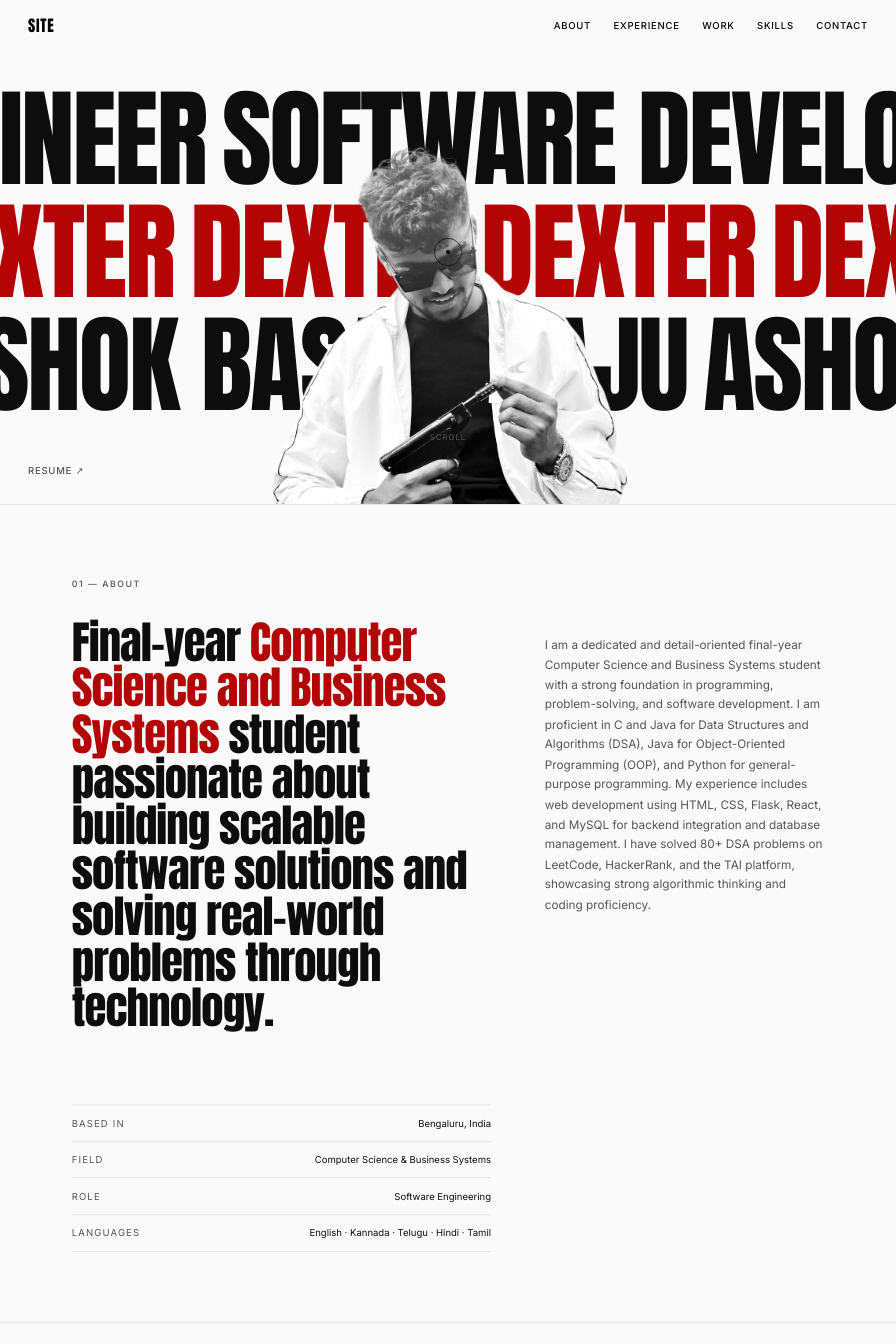
Repository: Ashok-B24/Dexter-portfolio
Page: /
An editor plug-in stored every save of this project. The page is shown before and after the next save, followed by the edit.
The browser window is 1280 px wide. The pictures show the part of the page from y = 0 to 1920 px (the page is 4445 px tall), at 70% of full size.
The project was rebuilt for these pictures with package versions that can differ from the ones it lists, and the page was loaded fresh each time. Also part of the build but not shown: vite.config.js.

Above is the page before, as saved 2026-07-28 20:58:41.

### index.html
<!doctype html>
<html lang="en">
  <head>
    <meta charset="UTF-8" />
    <meta name="viewport" content="width=device-width, initial-scale=1.0" />
    <title>Portfolio</title>
    <link rel="preconnect" href="https://fonts.googleapis.com">
    <link rel="preconnect" href="https://fonts.gstatic.com" crossorigin>
    <link href="https://fonts.googleapis.com/css2?family=Anton&family=Inter:wght@400;500&display=swap" rel="stylesheet">
  </head>
  <body>
    <div id="root"></div>
    <script type="module" src="/src/main.jsx"></script>
  </body>
</html>

### src/main.jsx
import ReactDOM from 'react-dom/client'
import App from './App'
import './App.css'

ReactDOM.createRoot(document.getElementById('root')).render(<App />)

### src/App.jsx
import { useEffect } from 'react'
import Lenis from '@studio-freight/lenis'
import Nav from './components/Nav'
import Hero from './components/Hero'
import About from './components/About'
import Experience from './components/Experience'
import Work from './components/Work'
import Capabilities from './components/Capabilities'
import Contact from './components/Contact'
import Cursor from './components/Cursor'

export default function App() {
  useEffect(() => {
    const lenis = new Lenis({ duration: 1.2, easing: t => Math.min(1, 1.001 - 2 ** (-10 * t)), smoothWheel: true })
    function raf(time) { lenis.raf(time); requestAnimationFrame(raf) }
    requestAnimationFrame(raf)

    window.__lenis = lenis

    return () => { lenis.destroy(); delete window.__lenis }
  }, [])

  return (
    <>
      <Nav />
      <main>
        <Hero />
        <About />
        <Experience />
        <Work />
        <Capabilities />
        <Contact />
      </main>
      <Cursor />
    </>
  )
}

### src/components/Nav.jsx
import { useEffect, useRef } from 'react'
import gsap from 'gsap'

export default function Nav() {
  const navRef = useRef(null)

  useEffect(() => {
    const nav = navRef.current
    if (!nav) return

    const tl = gsap.timeline({ paused: true })
    tl.to(nav, { y: '-100%', duration: 0.4, ease: 'power2.inOut' })

    let oldScroll = 0

    function onScroll() {
      const lenis = window.__lenis
      if (!lenis) return

      const thisScroll = lenis.scroll
      if (thisScroll > oldScroll && thisScroll > 60) {
        tl.timeScale(1.2).play()
      } else if (thisScroll < oldScroll) {
        tl.timeScale(1.5).reverse()
      }
      oldScroll = thisScroll
    }

    if (window.__lenis) {
      window.__lenis.on('scroll', onScroll)
    }

    return () => {
      tl.kill()
      if (window.__lenis) window.__lenis.off('scroll', onScroll)
    }
  }, [])

  return (
    <nav className="nav" ref={navRef}>
      <div className="nav__inner">
        <a className="nav__logo" href="#">SITE</a>
        <div className="nav__links">
          <a href="#about" data-cursor="View">About</a>
          <a href="#experience" data-cursor="View">Experience</a>
          <a href="#work" data-cursor="View">Work</a>
          <a href="#capabilities" data-cursor="View">Skills</a>
          <a href="#contact" data-cursor="View">Contact</a>
        </div>
      </div>
    </nav>
  )
}

### src/components/Hero.jsx
import { useEffect, useRef } from 'react'
import gsap from 'gsap'

const TRACKS = [
  { dir: 'left',  speed: 8,  text: 'Software Developer Engineer' },
  { dir: 'right', speed: 10, text: 'Dexter' },
  { dir: 'left',  speed: 6,  text: 'Ashok Basavaraju' },
]

export default function Hero() {
  const heroRef = useRef(null)

  useEffect(() => {
    const hero = heroRef.current
    if (!hero) return

    let ctx

    function start() {
      const inners = hero.querySelectorAll('.hero__track-inner')
      if (inners.length === 0) { setTimeout(start, 200); return }

      ctx = gsap.context(() => {
        inners.forEach(inner => {
          const spans = inner.querySelectorAll('span')
          if (spans.length < 2) return

          const w = spans[0].offsetWidth
          if (w === 0) return

          const right = inner.classList.contains('hero__track-inner--right')
          const s = parseFloat(inner.getAttribute('data-speed')) || 8

          gsap.fromTo(inner, { x: right ? -w : 0 }, { x: right ? 0 : -w, duration: s, ease: 'none', repeat: -1 })
        })
      }, hero)
    }

    const race = []
    if (document.fonts && document.fonts.ready) race.push(document.fonts.ready)
    race.push(new Promise(r => setTimeout(r, 1500)))
    Promise.race(race).then(start)

    return () => { if (ctx) ctx.revert() }
  }, [])

  return (
    <section className="hero" ref={heroRef}>
      <div className="hero__marquee">
        {TRACKS.map((track, i) => (
          <div className="hero__track" key={i}>
            <div
              className={`hero__track-inner hero__track-inner--${track.dir}`}
              data-speed={track.speed}
            >
              {[0, 1, 2, 3].map(n => <span key={n}>{track.text}</span>)}
            </div>
          </div>
        ))}
      </div>

      <div className="hero__portrait">
        <img src={`${import.meta.env.BASE_URL}photo.png`} alt="Raghu" />
      </div>

      <a className="hero__resume" href="#">Resume ↗</a>

      <div className="hero__scroll">
        <span>Scroll</span>
        <div className="hero__scroll-line" />
      </div>
    </section>
  )
}

### src/components/About.jsx
const FACTS = [
  ['Based in', 'Bengaluru, India'],
  ['Field', 'Computer Science & Business Systems'],
  ['Role', 'Software Engineering'],
  ['Languages', 'English · Kannada · Telugu · Hindi · Tamil'],
]

export default function About() {
  return (
    <section id="about" className="section about">
      <div className="section__head">
        <span className="section__label">01 — About</span>
      </div>

      <div className="about__grid">
        <h2 className="about__headline">
          Final-year <em>Computer Science and Business Systems</em> student
          passionate about building scalable software solutions and solving
          real-world problems through technology.
        </h2>

        <p className="about__body">
          I am a dedicated and detail-oriented final-year Computer Science and
          Business Systems student with a strong foundation in programming,
          problem-solving, and software development. I am proficient in C and
          Java for Data Structures and Algorithms (DSA), Java for
          Object-Oriented Programming (OOP), and Python for general-purpose
          programming. My experience includes web development using HTML, CSS,
          Flask, React, and MySQL for backend integration and database
          management. I have solved 80+ DSA problems on LeetCode, HackerRank,
          and the TAI platform, showcasing strong algorithmic thinking and
          coding proficiency.
        </p>

        <dl className="about__facts">
          {FACTS.map(([k, v]) => (
            <div className="about__fact" key={k}>
              <dt>{k}</dt>
              <dd>{v}</dd>
            </div>
          ))}
        </dl>
      </div>
    </section>
  )
}

### src/components/Experience.jsx
const ROLES = [
  {
    period: '2024 — PRESENT',
    title: 'Software Engineering Intern',
    org: 'Independent Projects & Freelance Work',
    desc: 'Building polished web experiences with React, Vite, and modern frontend tooling while focusing on thoughtful interaction design and performance.',
  },
  {
    period: '2023 — 2024',
    title: 'Student Developer',
    org: 'KSSEM',
    desc: 'Worked on campus-focused web solutions, strengthened problem-solving skills through DSA practice, and explored full-stack concepts through hands-on projects.',
  },
]

export default function Experience() {
  return (
    <section id="experience" className="section experience">
      <div className="section__head">
        <span className="section__label">02 — Experience</span>
      </div>

      <div className="experience__list">
        {ROLES.map((r, i) => (
          <article className="role" key={i}>
            <span className="role__period">{r.period}</span>

            <div className="role__main">
              <h3 className="role__title">{r.title}</h3>

              <span className="role__org">{r.org}</span>

              <p className="role__desc">{r.desc}</p>
            </div>
          </article>
        ))}
      </div>
    </section>
  )
}

### src/components/Work.jsx
const PROJECTS = [
  {
    title: 'KSSEM Service Portal',
    cat: 'Web App',
    desc: 'A campus service management system that simplifies the process of submitting, managing, and tracking service requests within KSSEM. It provides students, faculty, and staff with a user-friendly interface to raise requests, monitor their status, and receive timely updates.',
  },
]

export default function Work() {
  return (
    <section id="work" className="section work">
      <div className="section__head">
        <span className="section__label">03 — Selected Work</span>
      </div>

      <div className="work__list">
        {PROJECTS.map((p, i) => (
          <article className="project" key={i} data-cursor="View">
            <span className="project__index">
              {String(i + 1).padStart(2, '0')}
            </span>

            <div className="project__body">
              <h3 className="project__title">{p.title}</h3>
              <span className="project__cat">{p.cat}</span>
            </div>

            <p className="project__desc">{p.desc}</p>
          </article>
        ))}
      </div>
    </section>
  )
}

### src/components/Capabilities.jsx
const GROUPS = [
  {
    label: 'Programming Languages',
    items: [
      'Python',
      'Java',
      'C++',
      'JavaScript',
    ],
  },
  {
    label: 'Web Development',
    items: [
      'React',
      'Node.js',
      'HTML',
      'CSS',
      'Bootstrap',
    ],
  },
  {
    label: 'Core CS Concepts',
    items: [
      'Data Structures and Algorithms (C/Java)',
      'Object-Oriented Programming (Java)',
    ],
  },
]

export default function Capabilities() {
  return (
    <section id="capabilities" className="section capabilities">
      <div className="section__head">
        <span className="section__label">04 — Capabilities</span>
      </div>

      <div className="capabilities__grid">
        {GROUPS.map((g) => (
          <div className="cap-group" key={g.label}>
            <h3 className="cap-group__label">{g.label}</h3>

            <ul className="cap-group__items">
              {g.items.map((s) => (
                <li key={s}>{s}</li>
              ))}
            </ul>
          </div>
        ))}
      </div>
    </section>
  )
}

### src/components/Contact.jsx
export default function Contact() {
  return (
    <section id="contact" className="section contact">
      <div className="section__head">
        <span className="section__label">05 — Contact</span>
      </div>

      <h2 className="contact__headline">
        Let's build <em>something</em>
        <br />
        together →
      </h2>

      <div className="contact__rows">
        <a
          className="contact__row"
          href="mailto:ashokb2404@gmail.com"
          data-cursor="Email"
        >
          <span className="contact__key">Email</span>
          <span className="contact__val">ashokb2404@gmail.com</span>
        </a>

        <a
          className="contact__row"
          href="tel:+919986976276"
          data-cursor="Call"
        >
          <span className="contact__key">Phone</span>
          <span className="contact__val">+91 9986976276</span>
        </a>

        <div className="contact__row">
          <span className="contact__key">Location</span>
          <span className="contact__val">Bengaluru, India</span>
        </div>
      </div>

      <footer className="footer">
        <span>© {new Date().getFullYear()} Ashok B</span>
        <span>Built with React · Vite · GSAP</span>
      </footer>
    </section>
  )
}

### src/components/Cursor.jsx
import { useEffect, useRef } from 'react'

export default function Cursor() {
  const cursorRef = useRef(null)
  const dotRef = useRef(null)
  const labelRef = useRef(null)

  useEffect(() => {
    const cursor = cursorRef.current
    const dot = dotRef.current
    const label = labelRef.current
    if (!cursor || !dot) return

    let mX = window.innerWidth / 2
    let mY = window.innerHeight / 2
    let cX = mX
    let cY = mY
    let raf = null

    function onMove(e) { mX = e.clientX; mY = e.clientY }
    function onLeave() { cursor.style.opacity = '0'; dot.style.opacity = '0' }
    function onEnter() { cursor.style.opacity = '1'; dot.style.opacity = '1' }

    function animate() {
      cX += (mX - cX) * 0.15
      cY += (mY - cY) * 0.15
      cursor.style.left = cX + 'px'
      cursor.style.top = cY + 'px'
      dot.style.left = mX + 'px'
      dot.style.top = mY + 'px'
      raf = requestAnimationFrame(animate)
    }

    function onHover(e) {
      const t = e.target.closest('[data-cursor]')
      if (t) { cursor.classList.add('cursor--active'); if (label) label.textContent = t.dataset.cursor }
    }
    function onBlur(e) {
      const t = e.target.closest('[data-cursor]')
      if (t) { cursor.classList.remove('cursor--active') }
    }

    function onScroll() {
      if (window.__lenis) {
        const s = window.__lenis.scroll
        cY = mY - s
      }
      cursor.style.opacity = '0'
      dot.style.opacity = '0'
      clearTimeout(onScroll._timer)
      onScroll._timer = setTimeout(() => {
        if (document.hasFocus()) { cursor.style.opacity = '1'; dot.style.opacity = '1' }
      }, 200)
    }

    document.addEventListener('mousemove', onMove)
    document.addEventListener('mouseleave', onLeave)
    document.addEventListener('mouseenter', onEnter)
    document.addEventListener('mouseover', onHover)
    document.addEventListener('mouseout', onBlur)
    if (window.__lenis) window.__lenis.on('scroll', onScroll)
    raf = requestAnimationFrame(animate)

    return () => {
      document.removeEventListener('mousemove', onMove)
      document.removeEventListener('mouseleave', onLeave)
      document.removeEventListener('mouseenter', onEnter)
      document.removeEventListener('mouseover', onHover)
      document.removeEventListener('mouseout', onBlur)
      if (window.__lenis) window.__lenis.off('scroll', onScroll)
      cancelAnimationFrame(raf)
    }
  }, [])

  return (
    <>
      <div className="cursor" ref={cursorRef}>
        <span className="cursor__label" ref={labelRef} />
      </div>
      <div className="cursor__dot" ref={dotRef} />
    </>
  )
}

Loaded but not shown: src/App.css (793 lines, source omitted)

After the next save:
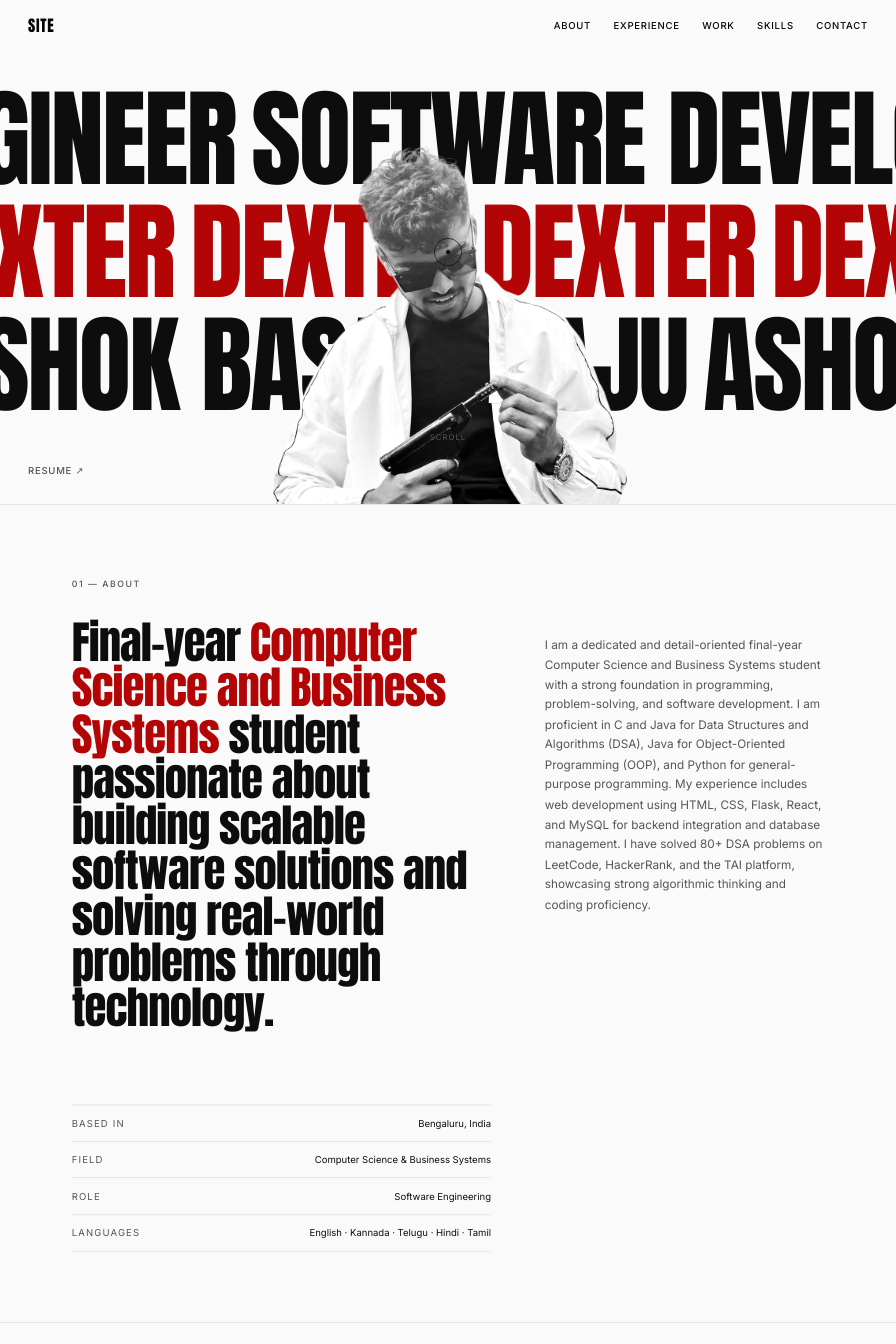
Saved 9 h 35 min later.
--- a/src/components/Hero.jsx
+++ b/src/components/Hero.jsx
@@ -2,7 +2,7 @@ import { useEffect, useRef } from 'react'
 import gsap from 'gsap'
 
 const TRACKS = [
-  { dir: 'left',  speed: 8,  text: 'Software Developer Engineer' },
+  { dir: 'left',  speed: 8,  text: 'Software Developement Engineer' },
   { dir: 'right', speed: 10, text: 'Dexter' },
   { dir: 'left',  speed: 6,  text: 'Ashok Basavaraju' },
 ]
